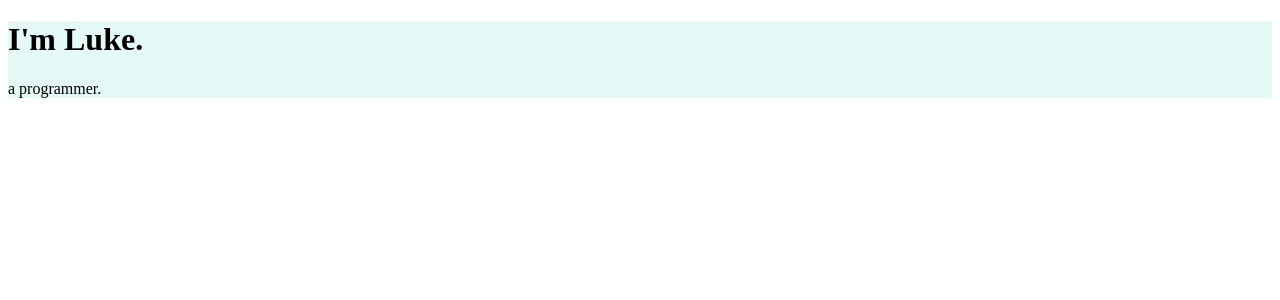
Repository: Isanderr/simple_landing_page-1
Page: index.html
The author's editor kept a copy of each file at every save. The page is drawn from the files as they stood at one save, then again after the next save.
The browser window is 1280 px wide. The pictures show the whole page.

Above is the page before, as saved 2019-01-30 21:59:35.

After the next save:
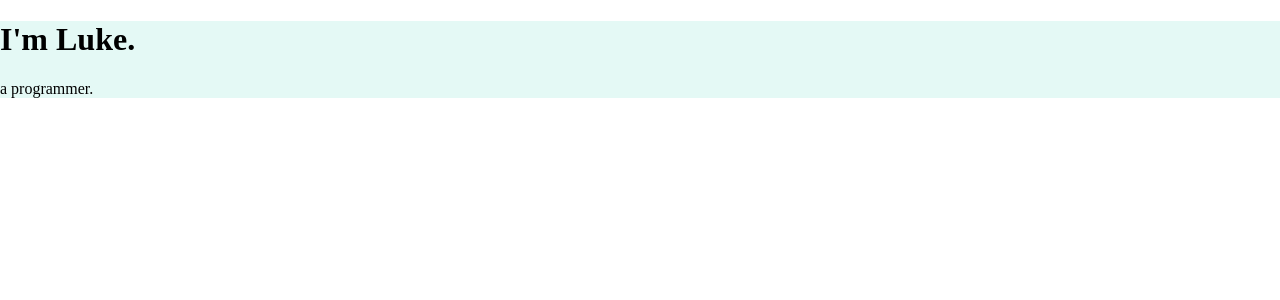
Saved 39 s later.
--- a/index.html
+++ b/index.html
@@ -7,6 +7,7 @@
         <meta http-equiv="X-UA-Compatible" content="ie=edge">
         <title>CendrowskiL</title>
         <link rel="stylesheet" href="css/styles.css">
+        <link rel="stylesheet" href="css/normalize.css">
         <link rel="shortcut icon" href="img/favicon.ico" type="image/x-icon">
     </head>
 
